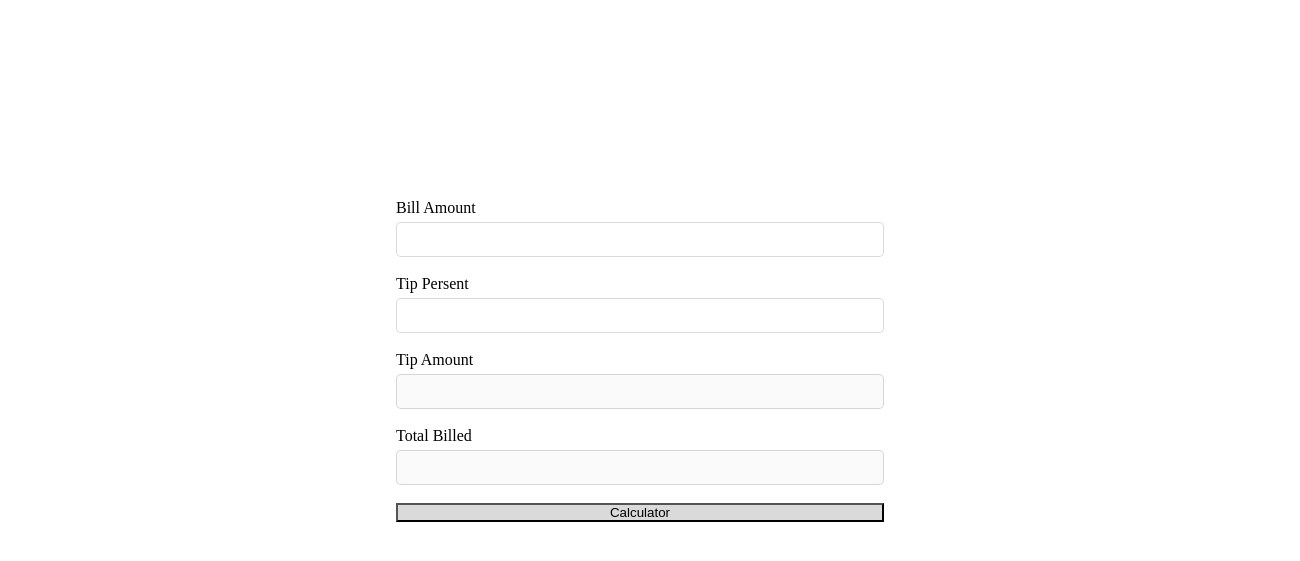
Repository: ZainAkbar51214/Tip-Calculator
Page: index.html
These files come from the project's save history. The page is drawn as it stood at one moment and after the next save; the edit follows.
The browser window is 1280 px wide. The page is 1300 px wide, so the pictures cover 1300 px, including what lies to the right of the window. The pictures show the whole page.
The style sheet was rebuilt from its Sass, Less or Tailwind sources for each picture, by a compiler version that may differ from the author's.

Above is the page before, as saved 2024-03-25 10:12:00.

After the next save:
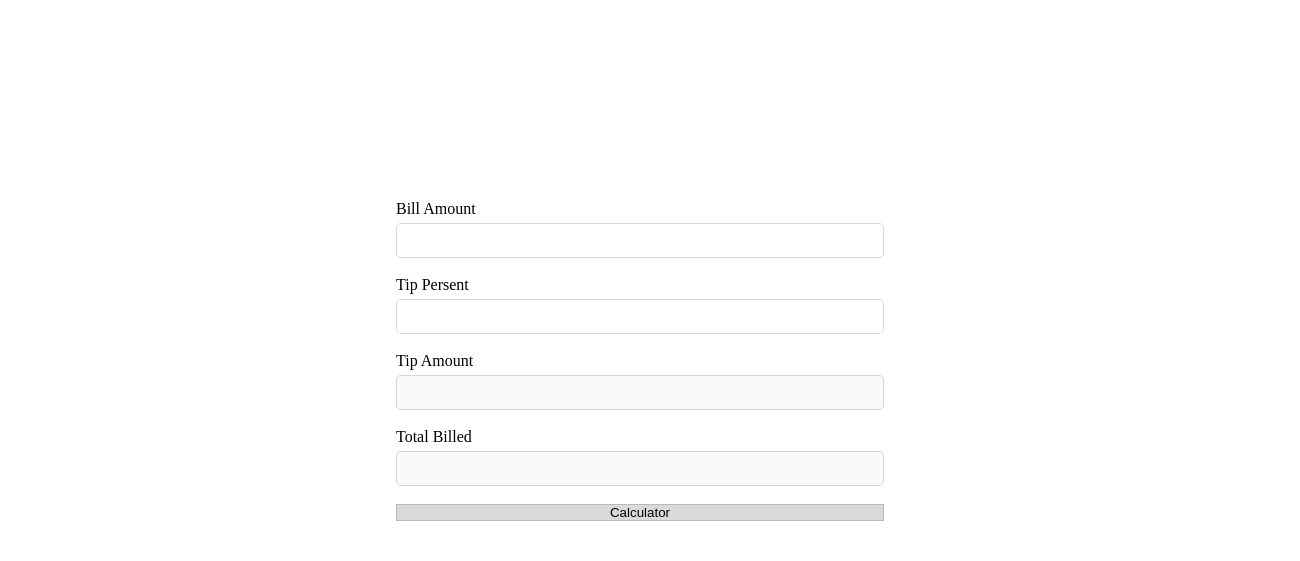
Saved 13 s later.
--- a/css/style.scss
+++ b/css/style.scss
@@ -44,6 +44,7 @@
 
                 button{
                     background-color: #00000025;
+                    border: 1px solid #00000025;
                 }
             }
         }
